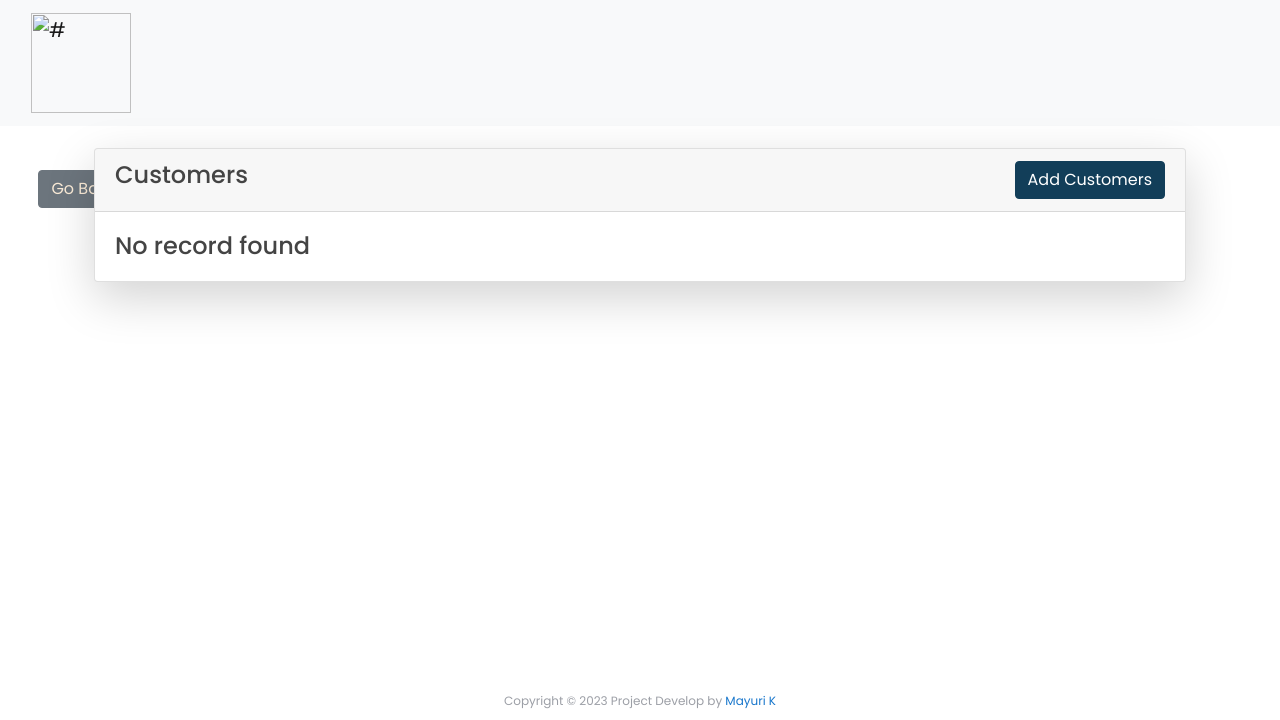
Repository: JyrossC/POS-PHP
Page: http://localhost/customer/customers.php
An editor plug-in stored every save of this project. The page is shown before and after the next save, followed by the edit.
The browser window is 1280 px wide. The pictures show the whole page.
Some web fonts or font styles are not loaded; a fallback is used. The page is run by PHP 8.4 with error messages shown; the project is at /var/www/html/. Queries for data that is not in the repository find no rows.

Above is the page before, as saved 2024-08-24 14:59:31.

After the next save:
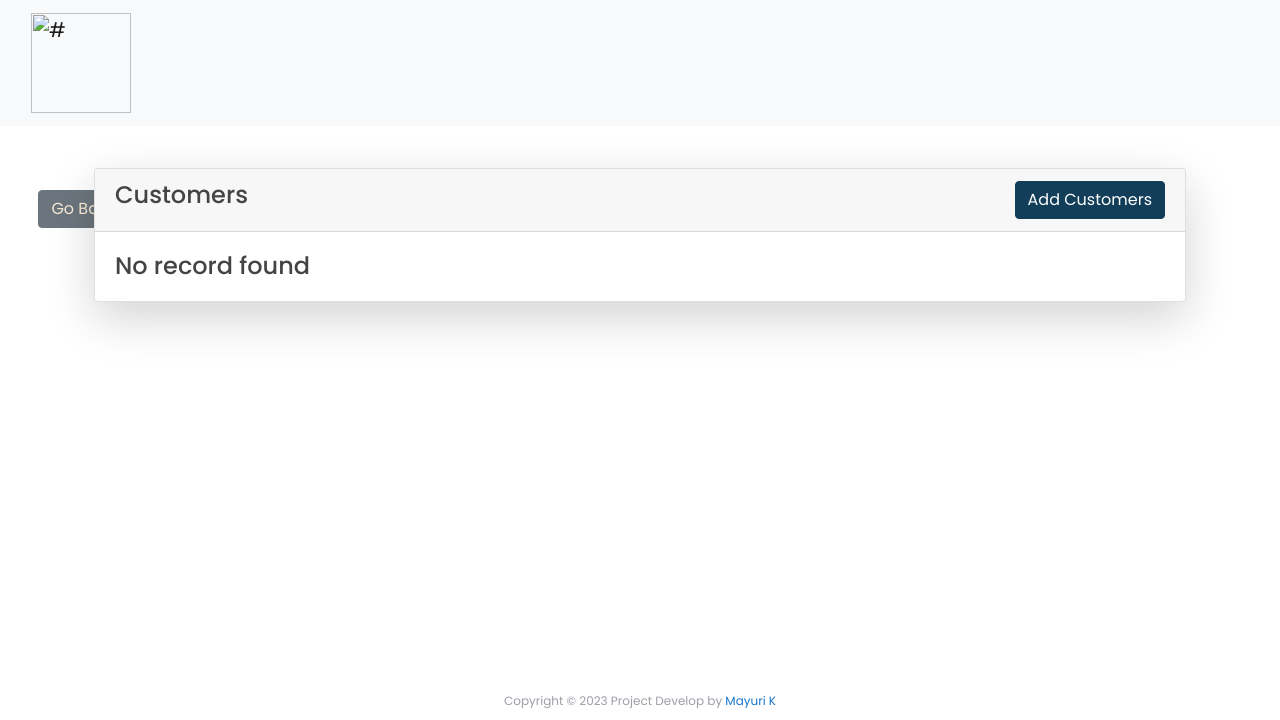
Saved 20 s later.
--- a/POS System/customer/customers.php
+++ b/POS System/customer/customers.php
@@ -10,7 +10,7 @@ include('navbar.php');
 ?>
 
 <div class=" mt-5 py-3" style="margin-left: 3%; text-decoration: none;" >
-    <button type="button" class="btn btn-secondary" style="margin-top: -20px;" >
+    <button type="button" class="btn btn-secondary" style="" >
         <a href="../index.php" style="text-decoration: none; color:antiquewhite; ">Go Back</a>
     </button>
 </div>
